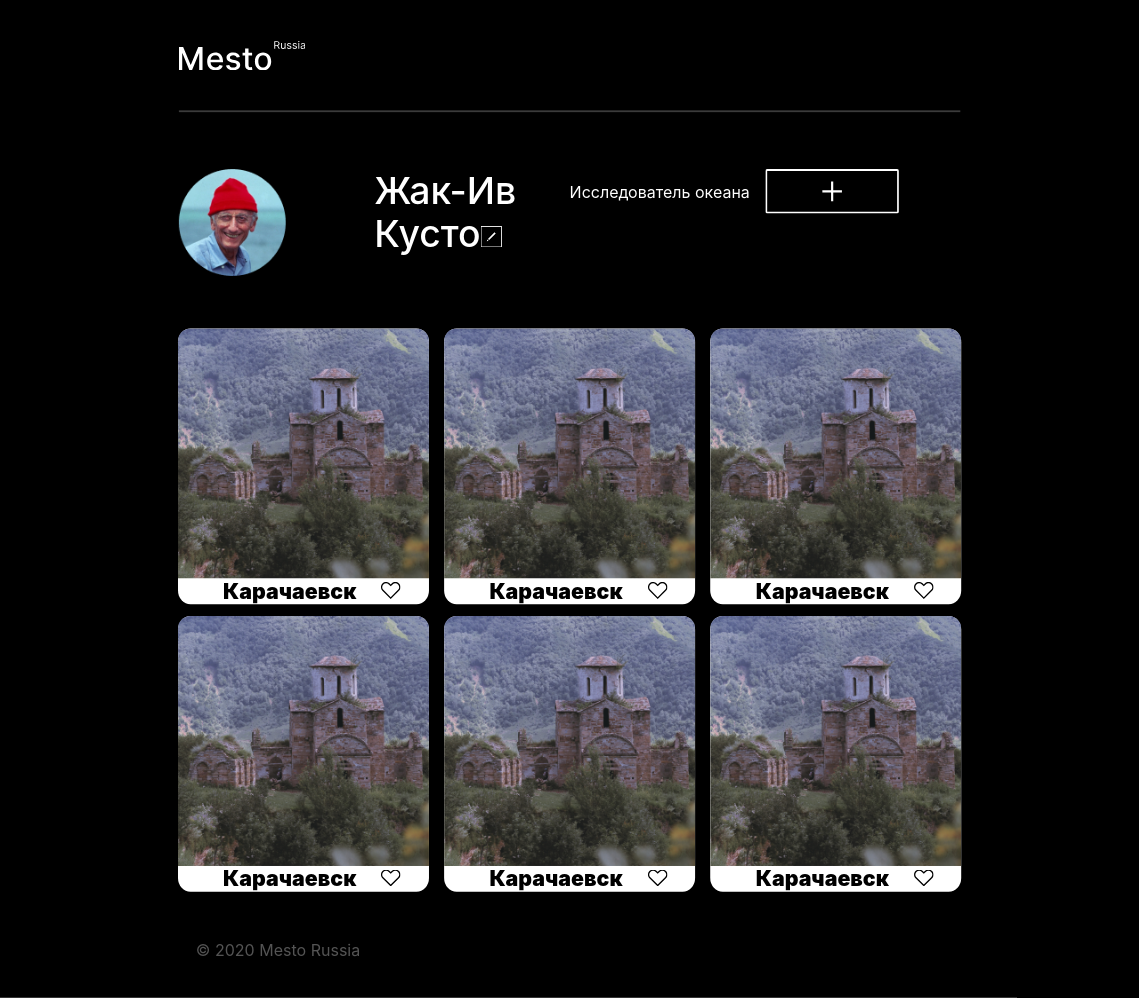
Repository: Ivan2399/mesto-project
Page: index.html
These files come from the project's save history. The page is drawn as it stood at one moment and after the next save; the edit follows.
The browser window is 1280 px wide. The pictures show the whole page, at 89% of full size.

Above is the page before, as saved 2021-11-16 18:20:44.

### index.html
<!DOCTYPE html>
<html lang="ru">

<head>
    <meta charset="UTF-8">
    <meta http-equiv="X-UA-Compatible" content="IE=edge">
    <meta name="viewport" content="width=device-width, initial-scale=1.0">
    <link rel="stylesheet" href="./pages/index.css" />
    <title>Mesto</title>
</head>

<body class="root">
    <div class="page">
        <header class="header">
            <div class="header__container">
                <img class="header__logo" src="images/logo/Vector.svg" alt="Логотип">
                <div class="header__line"></div>
            </div>
        </header>
        <main class="content">
            <section class="profile profile__container_mobile">
                <div class="profile__avatar" alt="Аватарка"></div>
                <h2 class="profile__nickname">Жак-Ив Кусто<button class="profile__buttons_type_editig"></button></h2>
                <p class="profile__hobbyname">Исследователь океана</p>

                <button class="profile__buttons_type_add"></button>
            </section>
            <section class="table">
                <div class="table__container table__container_mobile">
                    <div class="table__card">
                        <img class="table__image" src="images/table/Karachaevsk.png" alt="Крепость">
                        <h2 class="table__title">Карачаевск <img class="table__button table__button_active"
                                src="images/buttons/Vector.svg" alt="Лайк"></h2>
                    </div>
                    <div class="table__card">
                        <img class="table__image" src="images/table/Karachaevsk.png" alt="Крепость">
                        <h2 class="table__title">Карачаевск <img class="table__button table__button_active"
                                src="images/buttons/Vector.svg" alt="Лайк"></h2>
                    </div>
                    <div class="table__card">
                        <img class="table__image" src="images/table/Karachaevsk.png" alt="Крепость">
                        <h2 class="table__title">Карачаевск <img class="table__button table__button_active"
                                src="images/buttons/Vector.svg" alt="Лайк"></h2>
                    </div>
                    <div class="table__card">
                        <img class="table__image" src="images/table/Karachaevsk.png" alt="Крепость">
                        <h2 class="table__title">Карачаевск <img class="table__button table__button_active"
                                src="images/buttons/Vector.svg" alt="Лайк"></h2>
                    </div>
                    <div class="table__card">
                        <img class="table__image" src="images/table/Karachaevsk.png" alt="Крепость">
                        <h2 class="table__title">Карачаевск <img class="table__button table__button_active"
                                src="images/buttons/Vector.svg" alt="Лайк"></h2>
                    </div>
                    <div class="table__card">
                        <img class="table__image" src="images/table/Karachaevsk.png" alt="Крепость">
                        <h2 class="table__title">Карачаевск <img class="table__button table__button_active"
                                src="images/buttons/Vector.svg" alt="Лайк"></h2>
                    </div>
                </div>
            </section>
            <section class="footer">
                <h2 class="footer__logo">© 2020 Mesto Russia</h2>
            </section>
        </main>
    </div>
</body>

</html>

### pages/index.css
@import url(../blocks/root/root.css);
@import url(../blocks/page/page.css);
@import url(../blocks/content/content.css);

/* header */

@import url(../blocks/header/header.css);
@import url(../blocks/header/__container/header__container.css);
@import url(../blocks/header/__logo/header__logo.css);
@import url(../blocks/header/__line/header__line.css);

/* profile */

@import url(../blocks/profile/profile.css);
@import url(../blocks/profile/__avatar/profile__avatar.css);
@import url(../blocks/profile/__container/profile__container.css);
@import url(../blocks/profile/__buttons/profile__buttons.css);
@import url(../blocks/profile/__buttons/_type/profile__buttons_type_add.css);
@import url(../blocks/profile/__buttons/_type/profile__buttons_type_editig.css);
@import url(../blocks/profile/__hobbyname/profile__hobbyname.css);
@import url(../blocks/profile/__nickname/profile__nickname.css);
@import url(../blocks/profile/__container/_mobile/profile__container_mobile.css);

/* table */

@import url(../blocks/table/table.css);
@import url(../blocks/table/__button/table__button.css);
@import url(../blocks/table/__card/table__card.css);
@import url(../blocks/table/__container/table__container.css);
@import url(../blocks/table/__image/table__image.css);
@import url(../blocks/table/__title/table__title.css);
@import url(../blocks/table/__container/_mobile/table__container_mobile.css);
@import url(../blocks/table/__button/_active/table__button_active.css);

/* footer */

@import url(../blocks/footer/footer.css);
@import url(../blocks/footer/__logo/footer__logo.css);

### images/buttons/Vector.svg
<svg width="22" height="19" viewBox="0 0 22 19" fill="none" xmlns="http://www.w3.org/2000/svg">
<path d="M20.2991 9.78586C22.567 7.54338 22.567 3.90213 20.2991 1.68186C18.0311 -0.560619 14.3486 -0.560619 12.0806 1.68186L10.9804 2.792L9.88007 1.70406C7.61215 -0.560619 3.92957 -0.560619 1.6841 1.68186C0.583822 2.76979 0 4.21297 0 5.74496C0 7.27695 0.606277 8.72013 1.6841 9.80806L10.9804 19L20.2991 9.78586ZM1.4371 5.74496C1.4371 4.59042 1.8862 3.52469 2.71702 2.72539C3.5703 1.88168 4.67058 1.45983 5.77086 1.45983C6.87114 1.45983 7.97142 1.88168 8.8247 2.72539L10.9804 4.83465L13.136 2.70318C14.8201 1.03798 17.582 1.03798 19.2437 2.70318C20.0521 3.50248 20.5236 4.56821 20.5236 5.72276C20.5236 6.8773 20.0745 7.94303 19.2437 8.74233L10.9804 16.9351L2.71702 8.76453C1.90865 7.94303 1.4371 6.8773 1.4371 5.74496Z" fill="black"/>
</svg>

### blocks/root/root.css
.root{
    margin: 0;
    padding: 0;
    font-family: "Inter";
    color: #FFFFFF;
}
h1,h2,h3,h4,h5,h6,p{
    margin: 0;
    padding: 0;
    font-family: "Inter";
    color: #FFFFFF;
}

### blocks/page/page.css
.page {
  background-color: #000000;
  max-width: 1280px;
  margin: auto;
}

### blocks/header/header.css
.header{
    display: grid;
}

### blocks/header/__container/header__container.css
.header__container {
  margin: 0 15.7% 0 15.7%;
  max-width: 880px;
  width: 68.6%;
}

### blocks/header/__logo/header__logo.css
.header__logo{
    margin: 5.2% 0 4.7% 0;
}
@media screen and (min-width:300px) and (max-width:600px){
    .header__logo{
        width:103.74px;
        height:24.24px;
    }
}

### blocks/header/__line/header__line.css
.header__line{
    border: 1px solid #545454;
    opacity: 0.7;
}

### blocks/profile/profile.css
.profile {
  display: grid;
  grid-template-columns: repeat(2,1fr);
  margin: 5% 15.7% 0 15.7%;
  max-width: 880px;
  width: 68.6%;
}

### blocks/profile/__avatar/profile__avatar.css
.profile__avatar{
    width:168.75px;
    height:127.5px;
    background-image: url(../../../images/avatar/Avatar.png);
    background-repeat: no-repeat;
}

### blocks/profile/__container/profile__container.css
.profile__container {
  display: flex;
  align-items: center;
  flex-direction: row;
  flex-wrap: wrap;
}

### blocks/profile/__buttons/profile__buttons.css
.profile__buttons{
    display: flex;
    flex-direction: row;
    justify-content: space-between;
    align-items: center;
}

### blocks/profile/__buttons/_type/profile__buttons_type_add.css
.profile__buttons_type_add {
  width: 150px;
  height: 50px;
  background-image: url(../../../../images/buttons/Add\ Button.svg);
  background-color: black;
  border: none;
  background-size: cover;
  background-repeat: no-repeat;

  margin-bottom: 6.7%;
}
.profile__buttons_type_add:hover {
  opacity: 0.6;
  border: 2px solid #ffffff;
  box-sizing: border-box;
  border-radius: 2px;
}

### blocks/profile/__buttons/_type/profile__buttons_type_editig.css
.profile__buttons_type_editig {
  width: 24px;
  height: 24px;
  background-image: url(../../../../images/buttons/Edit\ Button.svg);
  background-color: black;
  border: none;
  background-size: cover;
  background-repeat: no-repeat;
  margin-bottom: 6.7%;
  grid-column: 2;
  grid-row: 1;
}
.profile__buttons_type_editig:hover {
  border: 1px solid #ffffff;
  box-sizing: border-box;
}

### blocks/profile/__hobbyname/profile__hobbyname.css
.profile__hobbyname {
  font-style: normal;
  font-weight: normal;
  font-size: 18px;
  line-height: 22px;

  padding-top: 6.7%;
}

### blocks/profile/__nickname/profile__nickname.css
.profile__nickname {
  font-style: normal;
  font-weight: 500;
  font-size: 42px;
  line-height: 48px;
}

### blocks/profile/__container/_mobile/profile__container_mobile.css
.profile__container_mobile{
    grid-template-columns: repeat(auto-fit,minmax(200px,1fr));
}

### blocks/table/table.css
.table{
    max-width:880px;
    margin:4% auto 0;
}

### blocks/table/__button/table__button.css
.table__button {
  width: 22px;
  height: 19px;
  /* background-image: url(../../../images/buttons/Vector.svg);
  border: none;
  background-color: white;
  background-size: cover;
  background-repeat: no-repeat; */
  align-self: flex-end;
  margin-left: 10%;
}
.table__button:hover {
  color: #000000;
  opacity: 0.5;
}

### blocks/table/__card/table__card.css
.table__card{
    max-width: 282px;
    background-color: white;

    border-radius: 5%;

    display: flex;
    flex-direction: column;
}

### blocks/table/__container/table__container.css
.table__container{
    display: grid;
    grid-template-columns: repeat(3,1fr);
    gap:2%;
}

### blocks/table/__image/table__image.css
.table__image{
    max-width: 282px;
    max-height: 282px;
    border-radius: 5% 5% 0 0 ;
}

### blocks/table/__title/table__title.css
.table__title {
  max-width: 246px;
  font-style: normal;
  font-weight: 900;
  font-size: 24px;
  line-height: 29px;

  margin-left: 18%;
  color: #000000;
}

### blocks/table/__container/_mobile/table__container_mobile.css
.table__container_mobile{
    grid-template-columns: repeat(auto-fit, minmax(280px, 1fr));
}

### blocks/table/__button/_active/table__button_active.css
.table__button_active:active{
    background-image: url(../../../../images/buttons/Union.png);
    color: black;
}

### blocks/footer/footer.css
.footer{
    max-width: 840px;
    margin: auto;
}

### blocks/footer/__logo/footer__logo.css
.footer__logo {
  font-style: normal;
  font-weight: normal;
  font-size: 18px;
  line-height: 22px;

  color: #545454;
  margin-top: 8%;
  padding-bottom: 5%;
}

Loaded but not shown: blocks/content/content.css (no stored copy; drawn as an empty file)

After the next save:
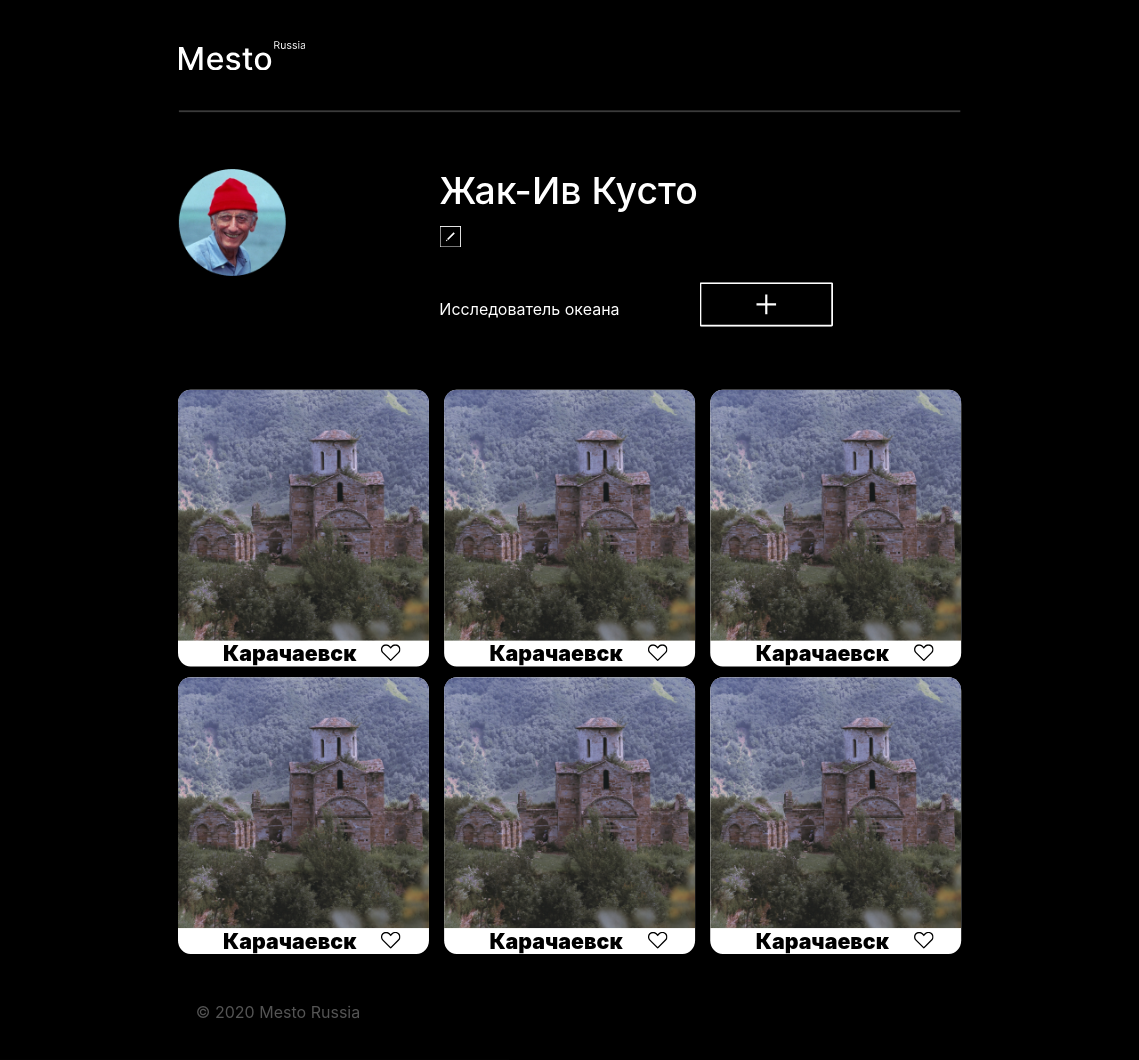
Saved 3 min 23 s later.
--- a/blocks/profile/__hobbyname/profile__hobbyname.css
+++ b/blocks/profile/__hobbyname/profile__hobbyname.css
@@ -3,6 +3,6 @@
   font-weight: normal;
   font-size: 18px;
   line-height: 22px;
-
+  grid-column: 2;
   padding-top: 6.7%;
 }
